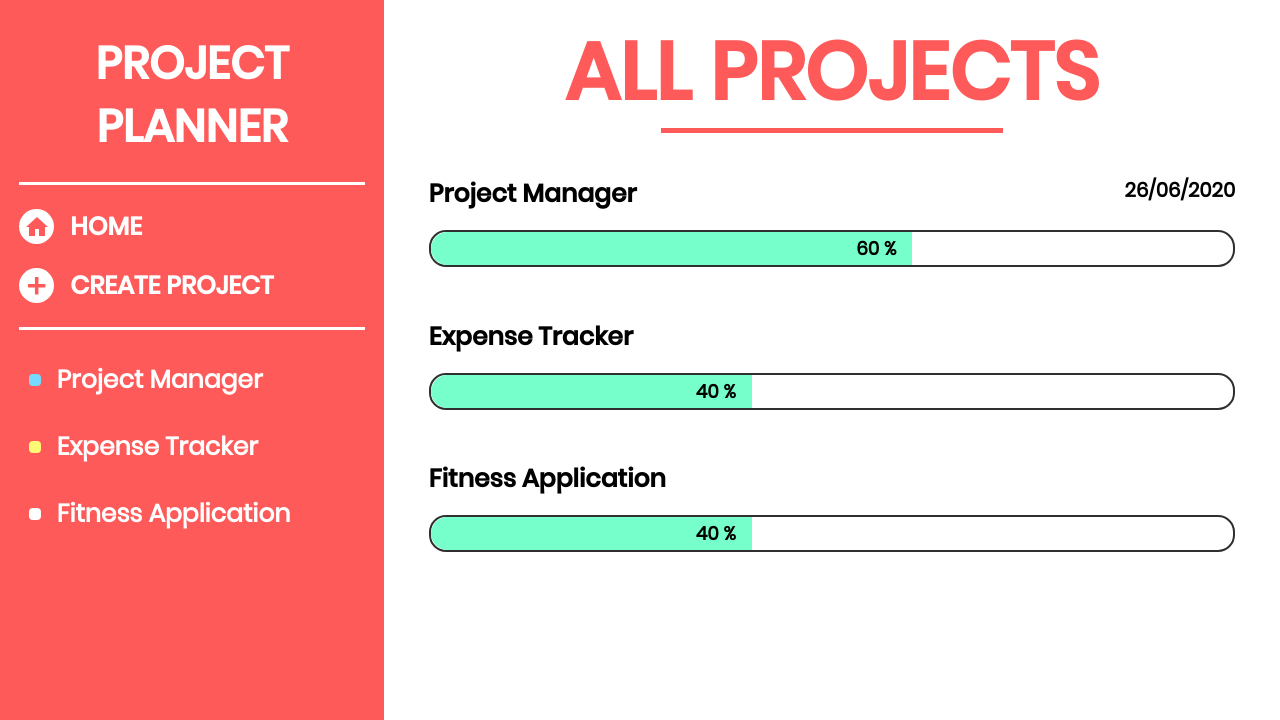
Repository: AzharMoosa/project-manager
Page: /
The author's editor kept a copy of each file at every save. The page is drawn from the files as they stood at one save, then again after the next save.
The browser window is 1280 px wide. The pictures show the whole page.
The project was rebuilt for these pictures with package versions that can differ from the ones it lists, and the page was loaded fresh each time.

Above is the page before, as saved 2020-06-22 11:13:36.

### public/index.html
<!DOCTYPE html>
<html lang="en">
  <head>
    <meta charset="utf-8" />
    <link rel="icon" href="%PUBLIC_URL%/favicon.ico" />
    <meta name="viewport" content="width=device-width, initial-scale=1" />
    <meta name="theme-color" content="#000000" />
    <meta
      name="description"
      content="Web site created using create-react-app"
    />
    <link rel="apple-touch-icon" href="%PUBLIC_URL%/logo192.png" />

    <link rel="manifest" href="%PUBLIC_URL%/manifest.json" />

    <title>Project Planner</title>
  </head>
  <body>
    <noscript>You need to enable JavaScript to run this app.</noscript>
    <div id="root"></div>
  </body>
</html>

### src/App.js
import React from "react";
import Sidebar from "./components/sidebar/Siebar";
import Home from "./components/home/Home";
import { ProjectProvider } from "./ProjectContext";

import "./App.css";

function App() {
  return (
    <ProjectProvider>
      <div className='container'>
        <Sidebar />
        <Home />
      </div>
    </ProjectProvider>
  );
}

export default App;

### src/components/sidebar/Siebar.js
import React from "react";
import Header from "./Header";
import ProjectList from "../project-list/ProjectList";

const Siebar = () => {
  return (
    <div className='sidebar'>
      <Header />
      <ProjectList />
    </div>
  );
};

export default Siebar;

### src/components/home/Home.js
import React, { useContext } from "react";
import ProgectProgress from "./ProgectProgress";
import { ProjectContext } from "../../ProjectContext";

const Home = () => {
  // eslint-disable-next-line
  const [projects, setProjects] = useContext(ProjectContext);

  return (
    <div className='home'>
      <h1 className='home-title'>ALL PROJECTS</h1>
      {projects.map((project) => (
        <ProgectProgress
          name={project.name}
          date={project.date}
          progress={project.progress}
          key={project.id}
        />
      ))}
    </div>
  );
};

export default Home;

### src/ProjectContext.js
import React, { useState, createContext } from "react";

export const ProjectContext = createContext();

export const ProjectProvider = (props) => {
  const [projects, setProjects] = useState([
    {
      name: "Project Manager",
      overview:
        "A project management application which allows you to plan personal projects and track its progress.  Create detail plans of projects before developing projects.",
      tools: ["HTML", "CSS", "JAVASCRIPT", "REACT"],
      progress: 60,
      tasks: [
        "Create Project Plans",
        "Todo List for Each Project",
        "Track Progress",
        "Priority List",
        "Choose Tools In Each Project",
        "Clean And Simple Design",
        "Use REACT",
      ],
      color: "blue",
      date: "26/06/2020",
      id: 28392,
    },

    {
      name: "Expense Tracker",
      overview:
        "A expense tracker application which allows you to budget and track your savings.  Track what expenses you have",
      tools: ["HTML", "CSS", "JAVASCRIPT", "REACT"],
      progress: 40,
      tasks: [
        "Expenses In And Out",
        "Current Balance",
        "Highest Money Out",
        "Clean And Simple Design",
        "Use REACT",
      ],
      color: "yellow",
      date: "",
      id: 2032,
    },

    {
      name: "Fitness Application",
      overview: "A fitness application wh",
      tools: [
        "HTML",
        "CSS",
        "JAVASCRIPT",
        "REACT",
        "NODEJS",
        "EXPRESS",
        "MONGODB",
      ],
      progress: 40,
      tasks: [
        "Expenses In And Out",
        "Current Balance",
        "Highest Money Out",
        "Clean And Simple Design",
        "Use REACT",
      ],
      color: "white",
      date: "",
      id: 2032,
    },
  ]);

  return (
    <ProjectContext.Provider value={[projects, setProjects]}>
      {props.children}
    </ProjectContext.Provider>
  );
};

### src/App.css
:root {
  --red: #ff5a5a;
  --green: #76ffca;
  --blue: #76daff;
  --yellow: #fffa76;
  --purple: #ab76ff;
}

/* CSS RESET */

* {
  margin: 0;
  padding: 0;
  box-sizing: border-box;
}

/* Fonts */

@font-face {
  font-family: "Poppins-Med";
  src: url("./fonts/Poppins-Medium.ttf");
}

@font-face {
  font-family: "Poppins-Reg";
  src: url("./fonts/Poppins-Regular.ttf");
}

/* Body */

body {
  font-family: "Poppins-Reg";
  line-height: 1.4;
}

/* Utilities */

/* Bullet Points */

.white:before,
.blue:before,
.yellow:before,
.green:before,
.purple:before {
  content: " ";
  height: 12px;
  width: 12px;
  margin-right: 1rem;
  border-radius: 4px;
}

.blue:before {
  background-color: var(--blue);
}

.yellow:before {
  background-color: var(--yellow);
}

.green:before {
  background-color: var(--green);
}

.purple:before {
  background-color: var(--purple);
}

.white:before {
  background-color: #fff;
}

/* Container */
.container {
  display: flex;
  overflow: hidden;
}

/* Sidebar */
.sidebar {
  width: 30vw;
  background-color: var(--red);
  height: 100vh;
  color: #fff;
}

.title {
  font-size: 45px;
  font-family: "Poppins-Med";
  text-align: center;
  padding-top: 2rem;
}

.nav-btns::after,
.nav-btns:before {
  content: " ";
  display: block;
  border-bottom: 3px solid #fff;
  width: 100%;
  margin: 1.5rem auto;
}

.nav-btns {
  width: 90%;
  margin: auto;
}

.home-btn,
.create-project-btn {
  display: flex;
  align-items: center;
  margin-top: 1.5rem;
}

.home-btn h3,
.create-project-btn h3 {
  margin-left: 1rem;
  font-family: "Poppins-Med";
  font-size: 25px;
}

.home-btn svg,
.create-project-btn svg {
  cursor: pointer;
}

/* Home */

.home {
  width: 70vw;
  display: flex;
  flex-direction: column;
}

.home-title {
  font-size: 80px;
  font-family: "Poppins-Med";
  color: var(--red);
  text-align: center;
  margin-top: 1rem;
}

.home-title:after {
  content: " ";
  display: block;
  border-bottom: 5px solid var(--red);
  width: 342px;
  margin: 0 auto 1.5rem auto;
}

/* Project Sidebar List */
.project-side {
  width: 85%;
  margin: 2rem auto;
  display: flex;
  align-items: center;
  cursor: pointer;
}

.project-side h3 {
  font-size: 25px;
}

/* Progress Bar */
.progressbar {
  width: 90%;
  background-color: #fff;
  border: 2px solid #2f2f2f;
  border-radius: 17px;
  margin: 0 auto 2rem auto;
}

.progressbar > div {
  background-color: var(--green);
  height: 33px;
  border-radius: 17px 0 0 17px;
}

.progressbar > div h3 {
  display: flex;
  justify-content: flex-end;
  align-items: center;
  line-height: 1.8;
  margin-right: 1rem;
}

.project-title {
  width: 90%;
  margin: 1.2rem auto;
  display: flex;
  justify-content: space-between;
}

.project-title h3 {
  font-size: 25px;
  font-family: "Poppins-Med";
}

.project-title h4 {
  font-size: 20px;
  font-family: "Poppins-Reg";
}

### src/components/sidebar/Header.js
import React from "react";

const Header = () => {
  return (
    <div>
      <h1 className='title'>PROJECT PLANNER</h1>
      <div className='nav-btns'>
        <div className='home-btn'>
          <svg
            xmlns='http://www.w3.org/2000/svg'
            width='35'
            height='35'
            viewBox='0 0 35 35'
          >
            <g
              id='Home_Btn'
              data-name='Home Btn'
              transform='translate(-139 -182)'
            >
              <circle
                id='Ellipse_1'
                data-name='Ellipse 1'
                cx='17.5'
                cy='17.5'
                r='17.5'
                transform='translate(139 182)'
                fill='#fff'
              />
              <path
                id='icons8-home'
                d='M12,2.1,1,12H4v9h6V14h4v7h6V12h3Z'
                transform='translate(145 187.9)'
                fill='#ff5a5a'
              />
            </g>
          </svg>
          <h3>HOME</h3>
        </div>

        <div className='create-project-btn'>
          <svg
            xmlns='http://www.w3.org/2000/svg'
            width='35'
            height='35'
            viewBox='0 0 35 35'
          >
            <g id='Group_6' data-name='Group 6' transform='translate(-50 -242)'>
              <circle
                id='Ellipse_2'
                data-name='Ellipse 2'
                cx='17.5'
                cy='17.5'
                r='17.5'
                transform='translate(50 242)'
                fill='#fff'
              />
              <path
                id='icons8-plus'
                d='M8.922,2V8.922H2v1.538H8.922v6.922h1.538V10.461h6.922V8.922H10.461V2Z'
                transform='translate(58 250)'
                fill='#ff5a5a'
                stroke='#ff5a5a'
                strokeWidth='2'
                fillRule='evenodd'
              />
            </g>
          </svg>
          <h3>CREATE PROJECT</h3>
        </div>
      </div>
    </div>
  );
};

export default Header;

### src/components/project-list/ProjectList.js
import React, { useContext } from "react";
import { ProjectContext } from "../../ProjectContext";
import ProjectSide from "./ProjectSide";

const ProjectList = () => {
  // eslint-disable-next-line
  const [projects, setProjects] = useContext(ProjectContext);

  return (
    <div>
      {projects.map((project) => (
        <ProjectSide
          name={project.name}
          color={project.color}
          key={project.id}
        />
      ))}
    </div>
  );
};

export default ProjectList;

### src/components/home/ProgectProgress.js
import React from "react";
import ProgressBar from "./ProgressBar";

const ProgectProgress = ({ name, date, progress }) => {
  return (
    <div className='project-progress'>
      <div className='project-title'>
        <h3>{name}</h3>
        <h4>{date}</h4>
      </div>
      <ProgressBar progress={progress} />
    </div>
  );
};

export default ProgectProgress;

### src/components/project-list/ProjectSide.js
import React from "react";

const Project = ({ name, color }) => {
  return (
    <div className={`project-side ${color}`}>
      <h3>{name}</h3>
    </div>
  );
};

export default Project;

### src/components/home/ProgressBar.js
import React from "react";

const ProgressBar = ({ progress }) => {
  return (
    <div className='progressbar'>
      <div style={{ width: `${progress}%` }}>
        <h3>{progress} %</h3>
      </div>
    </div>
  );
};

export default ProgressBar;

Loaded but not shown: src/index.js (common file)

After the next save:
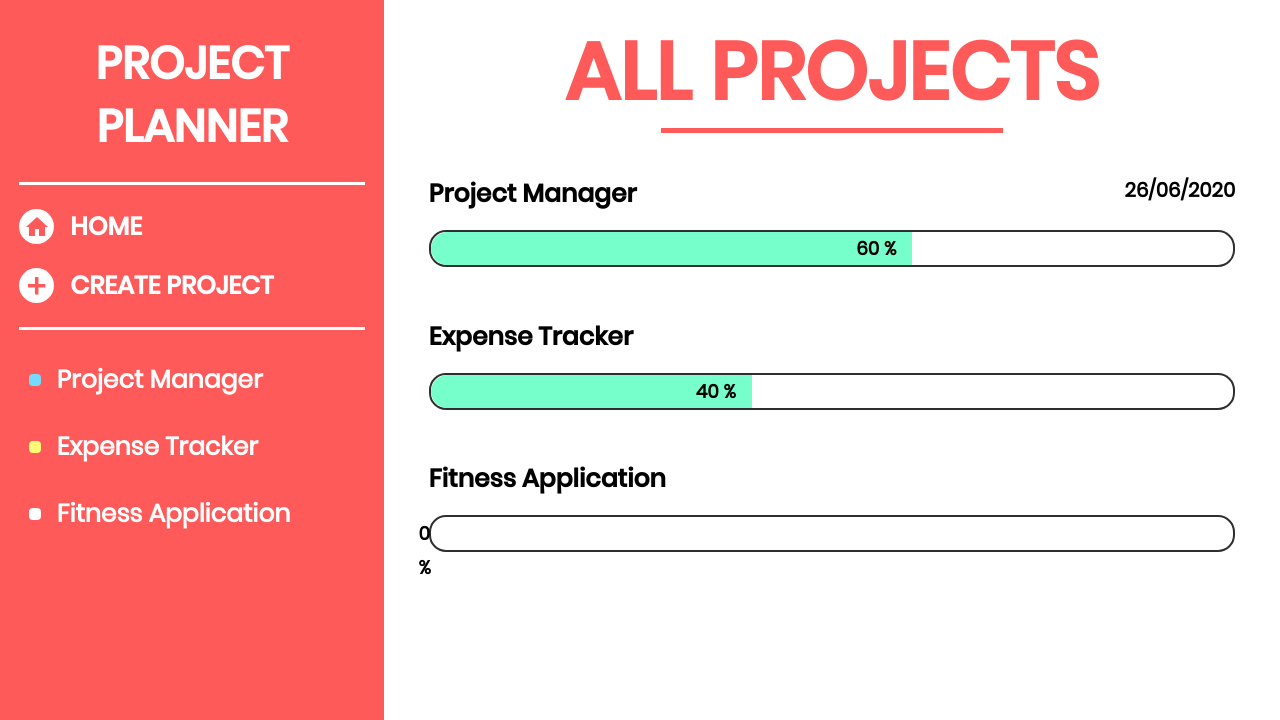
Saved 4 s later.
--- a/src/ProjectContext.js
+++ b/src/ProjectContext.js
@@ -54,7 +54,7 @@ export const ProjectProvider = (props) => {
         "EXPRESS",
         "MONGODB",
       ],
-      progress: 40,
+      progress: 0,
       tasks: [
         "Expenses In And Out",
         "Current Balance",
